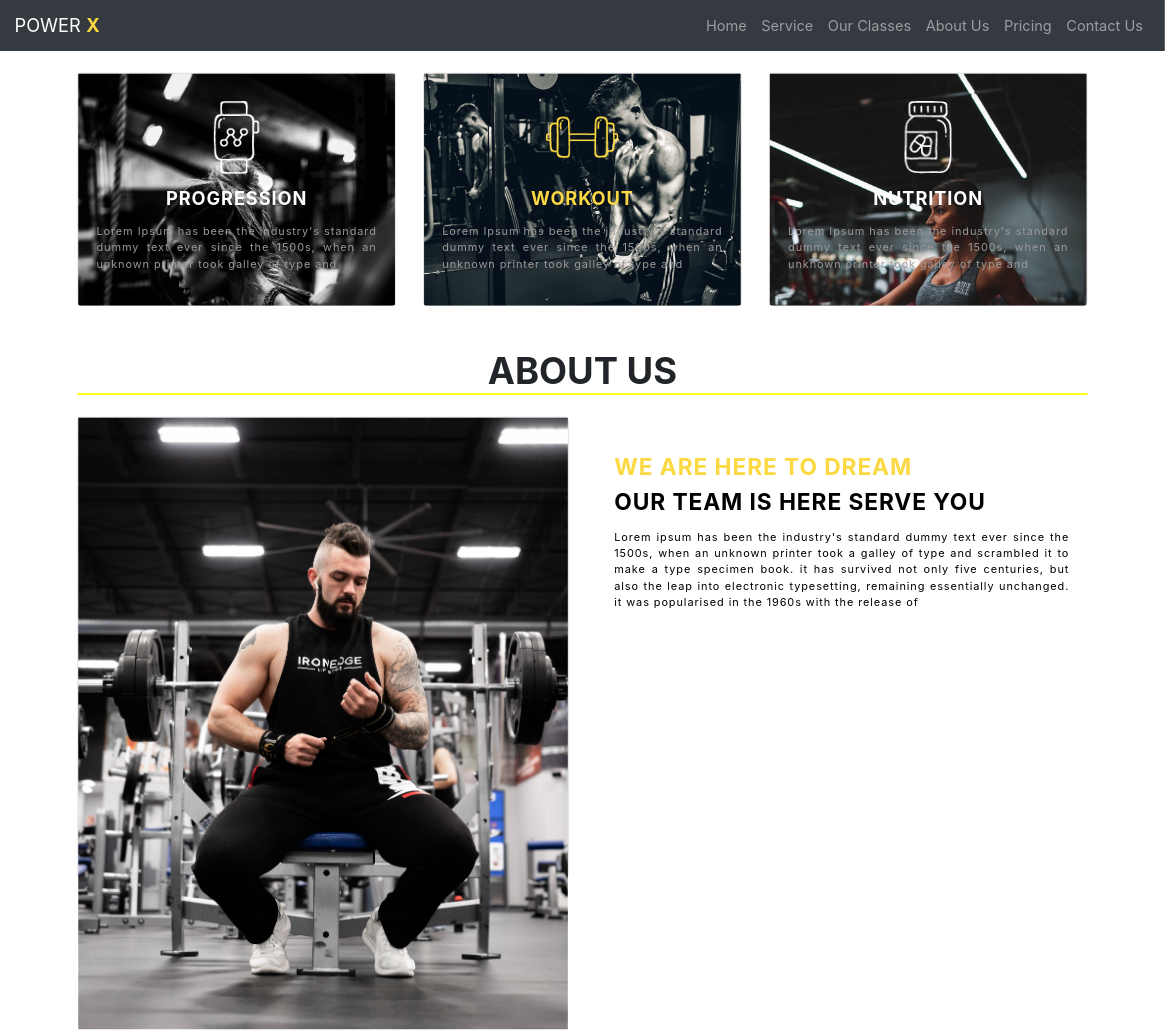
Repository: arif286/power-x-gym
Page: /
The author's editor kept a copy of each file at every save. The page is drawn from the files as they stood at one save, then again after the next save.
The browser window is 1280 px wide. The pictures show the whole page, at 91% of full size.
The project was rebuilt for these pictures with package versions that can differ from the ones it lists, and the page was loaded fresh each time.

Above is the page before, as saved 2021-04-06 20:51:35.

After the next save:
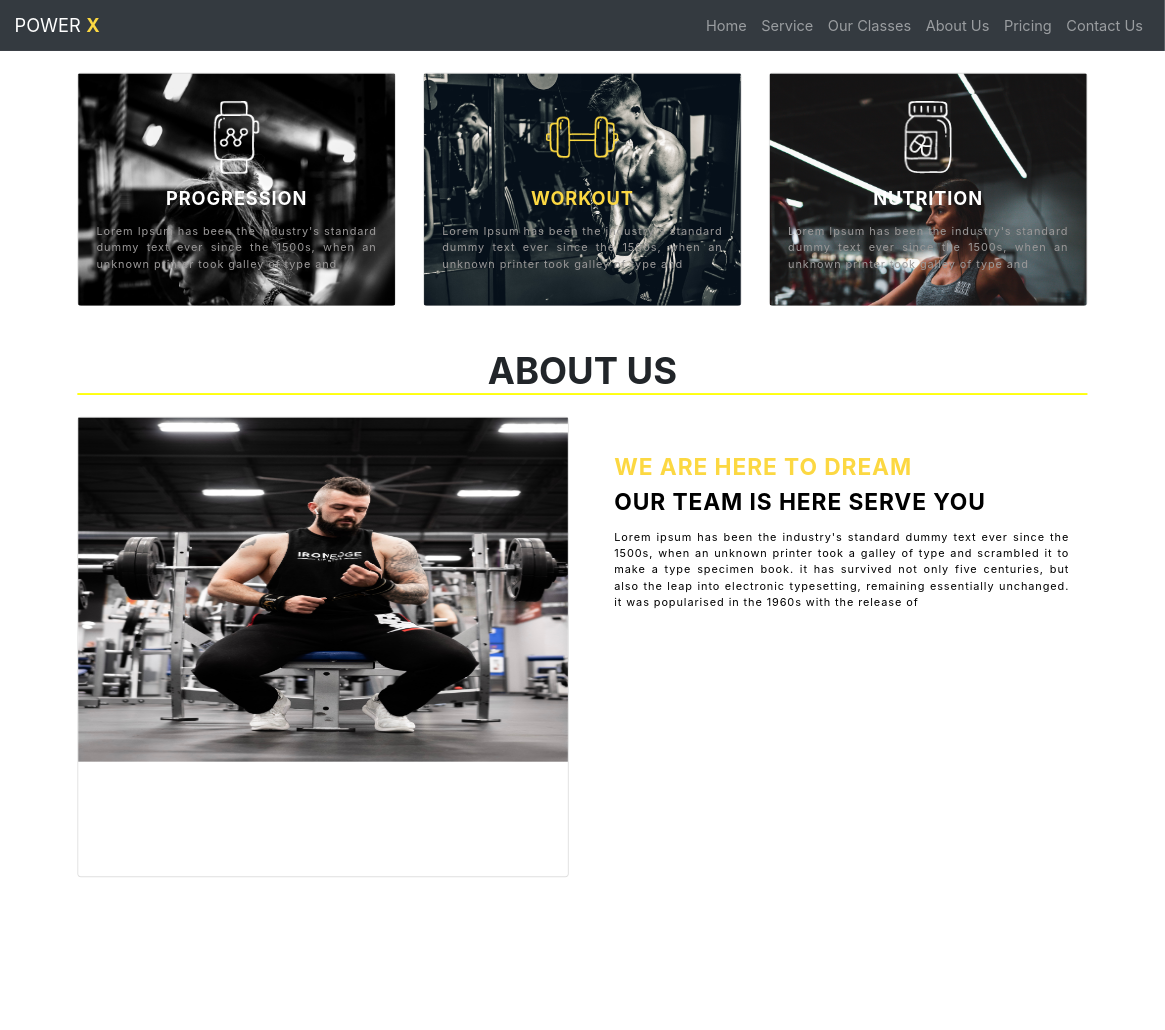
Saved 2 min 8 s later.
--- a/src/components/About/About.js
+++ b/src/components/About/About.js
@@ -10,7 +10,7 @@ const About = () => {
         <Row className="row-cols-1 row-cols-md-2 g-4 ">
           <Col>
             <Card className="h-75">
-              <img className='img-fluid' src={aboutImg} alt="" />
+              <img className='h-75 img-fluid' src={aboutImg} alt="" />
             </Card>
           </Col>
           <Col>
